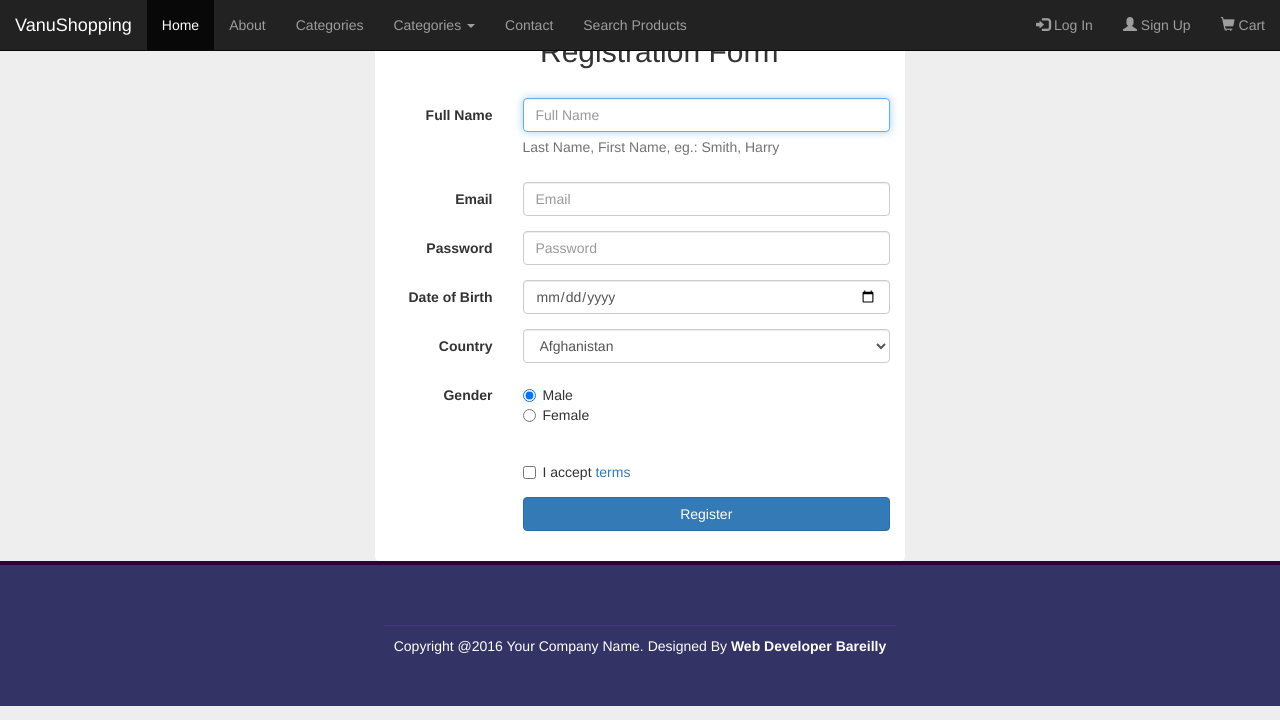
Repository: 31757/yash_webapp_01
Page: http://localhost/yash_webapp_01/WEB-INF/views/reg.jsp
An editor plug-in stored every save of this project. The page is shown before and after the next save, followed by the edit.
The browser window is 1280 px wide. The pictures show the whole page.
Some web libraries are served in a nearby version. The page is served by Tomcat 9. Nobody is signed in. Other server files are loaded and not shown. The template is opened directly, without the code that normally fills it, so the values that code supplies are empty.

Above is the page before, as saved 2016-10-23 11:23:16.

### DT/yash_webapp_01/src/main/webapp/WEB-INF/views/reg.jsp

<!DOCTYPE html>
<html lang="en">
<head>
    <meta charset="utf-8">
    <meta name="robots" content="noindex">

    <title>Bootstrap 3 registration form example - Bootsnipp.com</title>
        <meta name="viewport" content="width=device-width, initial-scale=1">
    <link href="//netdna.bootstrapcdn.com/bootstrap/3.2.0/css/bootstrap.min.css" rel="stylesheet" id="bootstrap-css">
    <style type="text/css">
    body {
    background-color: #eee;
}

*[role="form"] {
    max-width: 530px;
    padding: 15px;
    margin: 0 auto;
    background-color: #fff;
    border-radius: 0.3em;
}

*[role="form"] h2 {
    margin-left: 5em;
    margin-bottom: 1em;
}


    </style>
    <script src="//code.jquery.com/jquery-1.10.2.min.js"></script>
    <script src="//netdna.bootstrapcdn.com/bootstrap/3.2.0/js/bootstrap.min.js"></script>
    <script type="text/javascript">
        window.alert = function(){};
        var defaultCSS = document.getElementById('bootstrap-css');
        function changeCSS(css){
            if(css) $('head > link').filter(':first').replaceWith('<link rel="stylesheet" href="'+ css +'" type="text/css" />');
            else $('head > link').filter(':first').replaceWith(defaultCSS);
        }
        $( document ).ready(function() {
          var iframe_height = parseInt($('html').height());
          window.parent.postMessage( iframe_height, 'http://bootsnipp.com');
        });
    </script>
</head>
<body>
<jsp:include page="header.jsp" />
	<div class="container">
            <form class="form-horizontal" role="form">
                <h2>Registration Form</h2>
                <div class="form-group">
                    <label for="firstName" class="col-sm-3 control-label">Full Name</label>
                    <div class="col-sm-9">
                        <input type="text" id="firstName" placeholder="Full Name" class="form-control" autofocus>
                        <span class="help-block">Last Name, First Name, eg.: Smith, Harry</span>
                    </div>
                </div>
                <div class="form-group">
                    <label for="email" class="col-sm-3 control-label">Email</label>
                    <div class="col-sm-9">
                        <input type="email" id="email" placeholder="Email" class="form-control">
                    </div>
                </div>
                <div class="form-group">
                    <label for="password" class="col-sm-3 control-label">Password</label>
                    <div class="col-sm-9">
                        <input type="password" id="password" placeholder="Password" class="form-control">
                    </div>
                </div>
                <div class="form-group">
                    <label for="birthDate" class="col-sm-3 control-label">Date of Birth</label>
                    <div class="col-sm-9">
                        <input type="date" id="birthDate" class="form-control">
                    </div>
                </div>
                <div class="form-group">
                    <label for="country" class="col-sm-3 control-label">Country</label>
                    <div class="col-sm-9">
                        <select id="country" class="form-control">
                            <option>Afghanistan</option>
                            <option>Bahamas</option>
                            <option>Cambodia</option>
                            <option>Denmark</option>
                            <option>Ecuador</option>
                            <option>Fiji</option>
                            <option>Gabon</option>
                            <option>Haiti</option>
                        </select>
                    </div>
                </div> <!-- /.form-group -->
                <div class="form-group">
                    <label class="control-label col-sm-3">Gender</label>
                    <div class="col-sm-6">
                        <div class="row">
                            <div class="col-sm-4">
                                <label class="radio-inline">

  <input type="radio" name="gender" value="male" checked> Male<br>
  <input type="radio" name="gender" value="female"> Female<br>


                                </label>
                            </div>
                           </div>
                    </div>
                </div> <!-- /.form-group -->
                <div class="form-group">

                </div> <!-- /.form-group -->
                <div class="form-group">
                    <div class="col-sm-9 col-sm-offset-3">
                        <div class="checkbox">
                            <label>
                                <input type="checkbox">I accept <a href="#">terms</a>
                            </label>
                        </div>
                    </div>
                </div> <!-- /.form-group -->
                <div class="form-group">
                    <div class="col-sm-9 col-sm-offset-3">
                        <button type="submit" class="btn btn-primary btn-block">Register</button>
                    </div>
                </div>
            </form> <!-- /form -->
        </div> <!-- ./container -->
	<script type="text/javascript">

	</script>
<jsp:include page="footer.jsp" />
</body>
</html>

### DT/yash_webapp_01/src/main/webapp/WEB-INF/views/header.jsp
<%@ taglib prefix="c" uri="http://java.sun.com/jsp/jstl/core"%>
<%@ taglib prefix="sec"
	uri="http://www.springframework.org/security/tags"%>
<nav class="navbar navbar-inverse navbar-fixed-top">

	<div class="container-fluid">
		<div class="navbar-header">
			<a class="navbar-brand" href="#">VanuShopping</a>
		</div>
		<ul class="nav navbar-nav">
			<li class="active"><a href="<c:url value="/index"/>">Home</a></li>
			<li><a href="<c:url value="/about"/>">About</a></li>
			<li><a href="<c:url value="/Product"/>">Categories</a></li>
			<li class="dropdown">
        <a class="dropdown-toggle" data-toggle="dropdown" href="#">Categories
        <span class="caret"></span></a>
        <ul class="dropdown-menu">
          <li><a href="#">Mobile</a></li>
          <li><a href="#">TV</a></li>
          <li><a href="#">Refrigerator</a></li>
          <li><a href="#">Laptop</a></li>
          <li><a href="#">Computer</a></li>
          <li><a href="#">Washing Machine</a></li>
          <li><a href="#">Refrigerator</a></li>
          <li><a href="#">Home Appliance</a></li>
          <li><a href="#">Music Player</a></li>
        </ul>
			<li><a href="<c:url value="/contact"/>">Contact</a></li>
			<li><a href="<c:url value="/viewdetails"/>">Search Products</a></li>

		</ul>
		<ul class="nav navbar-nav navbar-right">
<sec:authorize access="isAnonymous()">
			<li><a href="<c:url value="/login"/>"><span
					class="glyphicon glyphicon-log-in"></span> Log In</a></li>
			<li><a href="<c:url value="/reg/new"/>"><span
					class="glyphicon glyphicon-user"></span> Sign Up</a></li>
			<li><a href="<c:url value="/cart/cartview"/>"><span
					class="glyphicon glyphicon-shopping-cart"></span> Cart</a></li>

</sec:authorize>
			<sec:authorize access="hasRole('ROLE_ADMIN')">
				<li><a href="<c:url value="/logout"/>"><span
						class="glyphicon glyphicon-log-in"></span> Log Out</a></li>
						<li><a href="<c:url value="/pro/view"/>">Admin</a></li>
			</sec:authorize>

			<sec:authorize access="hasRole('ROLE_USER')">
				<li><a href="<c:url value="/index"/>"><span
						class="glyphicon glyphicon-log-in"></span> Log Out</a></li>
				<li><a href="<c:url value="/cart/cartview"/>"><span
						class="glyphicon glyphicon-shopping-cart"></span> Cart</a></li>
			</sec:authorize>
		</ul>
	</div>
</nav>

### DT/yash_webapp_01/src/main/webapp/WEB-INF/views/footer.jsp
<style>
#footer{background:#336; padding-top:30px; padding-bottom:30px; text-align:center; border-top:solid 4px #303}
#footer p{padding:10px; color:#fff}
.dont-remove{color:#fff !important; text-decoration:none !important; font-weight:700}
.rights{display:inline-block; border-top:solid 1px rgba(103, 58, 183, 0.3)}

</style>
<footer id="footer">
<div class="container">
        <p class="social"><a href=""><i class="fa fa-facebook"></i></a> <a href=""><i class="fa fa-twitter"></i></a> <a href=""><i class="fa fa-linkedin"></i></a> <a href=""><i class="fa fa-google-plus"></i></a></p>

<p class="rights">Copyright @2016 Your Company Name. Designed By <!-- dont remove link --><a class="dont-remove" href="http://webdeveloperbareilly.in" target="_blank">Web Developer Bareilly</a></p>


</div>
</footer>

After the next save:
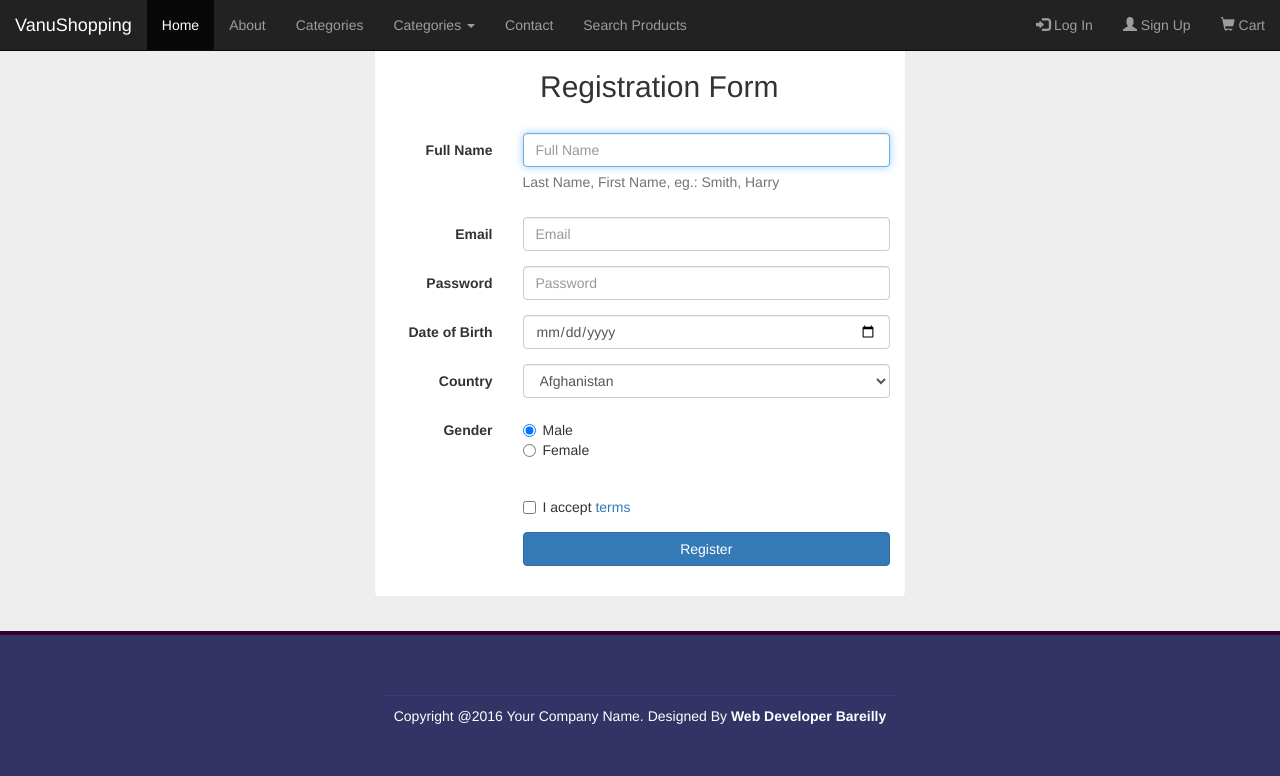
Saved 67 s later.
--- a/DT/yash_webapp_01/src/main/webapp/WEB-INF/views/reg.jsp
+++ b/DT/yash_webapp_01/src/main/webapp/WEB-INF/views/reg.jsp
@@ -45,6 +45,9 @@
 </head>
 <body>
 <jsp:include page="header.jsp" />
+<div class="form-group">
+    &nbsp;
+</div>
 	<div class="container">
             <form class="form-horizontal" role="form">
                 <h2>Registration Form</h2>
@@ -126,6 +129,9 @@
 	<script type="text/javascript">
 
 	</script>
+	<div class="form-group">
+    &nbsp;
+</div>
 <jsp:include page="footer.jsp" />
 </body>
 </html>
